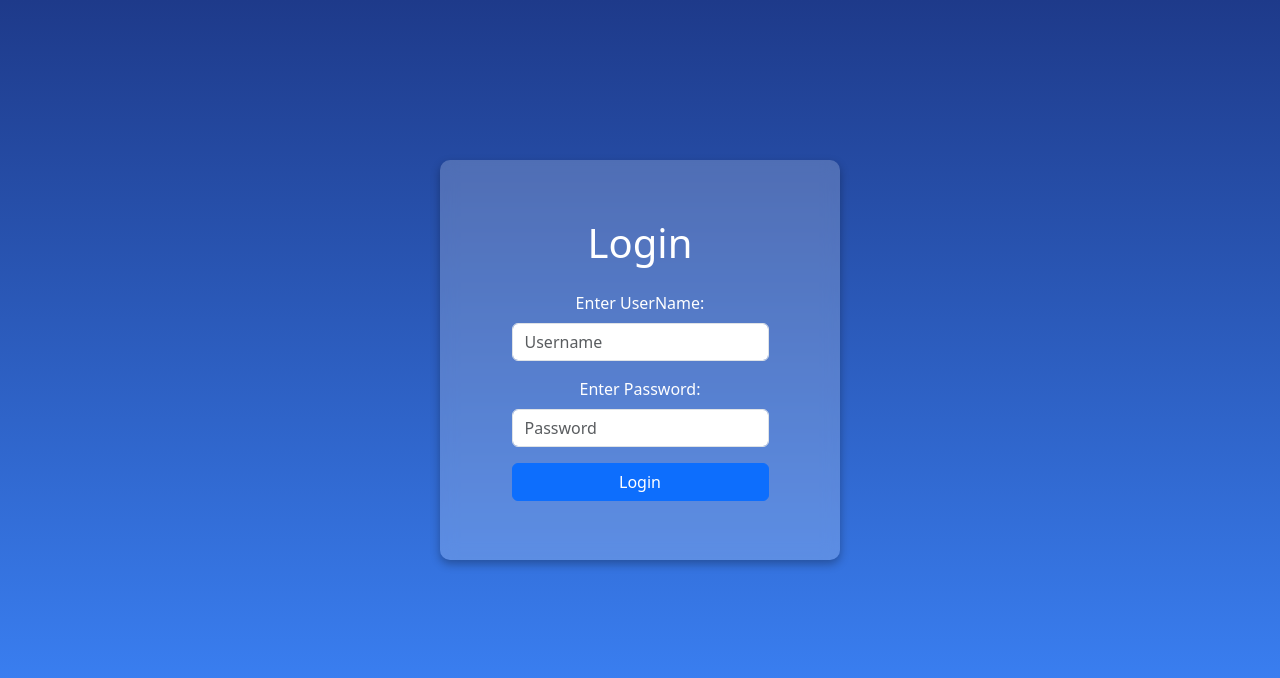
Repository: Prasad-R-Patil/WebBaseJava
Page: CookieDome/src/main/webapp/index.html
An editor plug-in stored every save of this project. The page is shown before and after the next save, followed by the edit.
The browser window is 1280 px wide. The pictures show the whole page.

Above is the page before, as saved 2025-05-16 11:22:49.

After the next save:
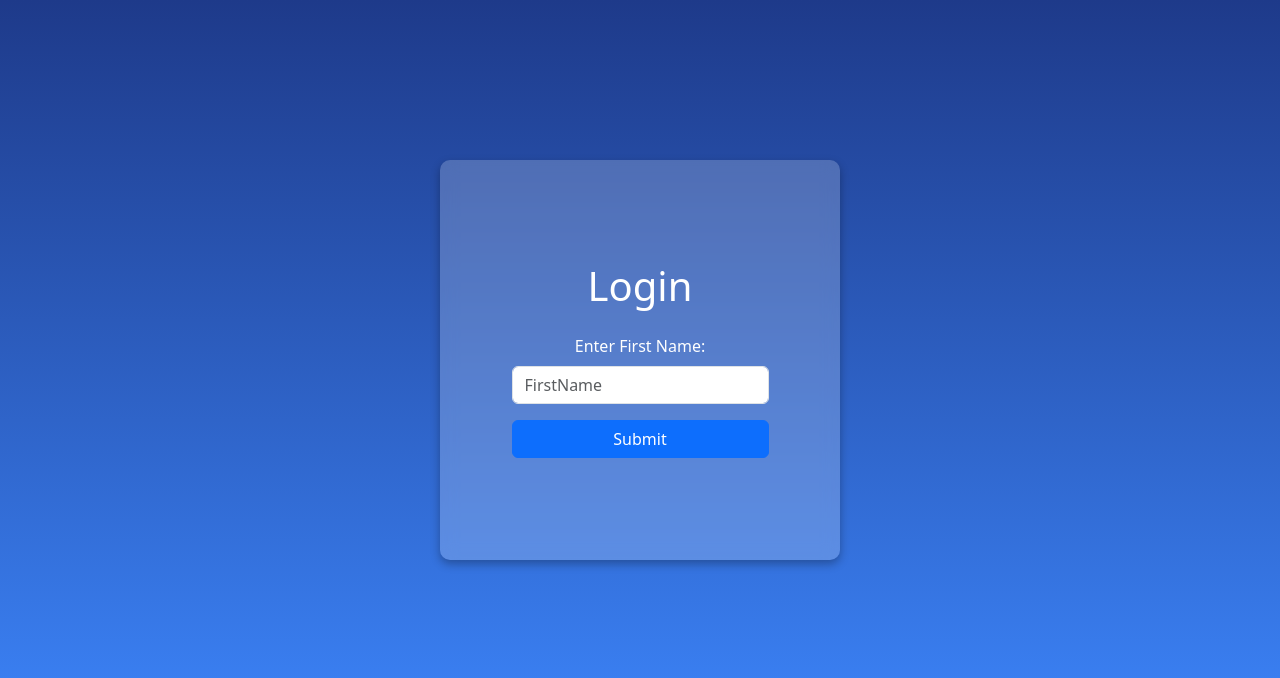
Saved 77 s later.
--- a/CookieDome/src/main/webapp/index.html
+++ b/CookieDome/src/main/webapp/index.html
@@ -42,14 +42,11 @@
             <h1 class="mb-4">Login</h1>
             <form action="servlet1" method="get">
                 <div class="mb-3">
-                    <label class="form-label">Enter UserName:</label>
-                    <input type="text" name="textUsername" class="form-control" placeholder="Username">
+                    <label class="form-label">Enter First Name:</label>
+                    <input type="text" name="textUsername" class="form-control" placeholder="FirstName">
                 </div>
-                <div class="mb-3">
-                    <label class="form-label">Enter Password:</label>
-                    <input type="password" name="textPassword" class="form-control" placeholder="Password">
-                </div>
-                <button type="submit" class="btn btn-primary w-100">Login</button>
+
+                <button type="submit" class="btn btn-primary w-100">Submit</button>
             </form>
         </div>
     </div>
